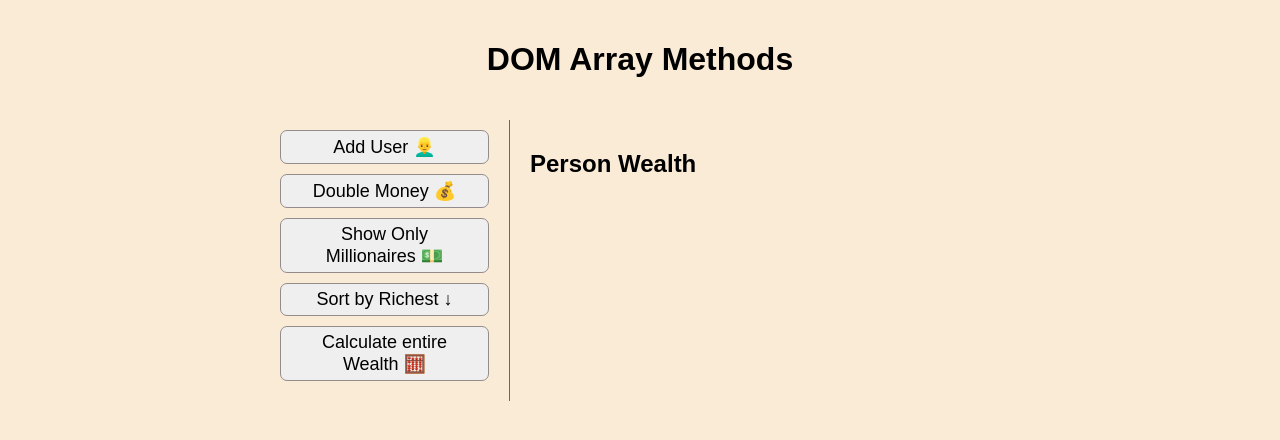
Repository: AbrorjonKuchkarov/DOM-Array-Methods
Page: index.html
These files come from the project's save history. The page is drawn as it stood at one moment and after the next save; the edit follows.
The browser window is 1280 px wide. The pictures show the whole page.

Above is the page before, as saved 2022-02-24 15:44:56.

### index.html
<!DOCTYPE html>
<html lang="en">
<head>
   <meta charset="UTF-8">
   <meta http-equiv="X-UA-Compatible" content="IE=edge">
   <meta name="viewport" content="width=device-width, initial-scale=1.0">
   <link rel="stylesheet" href="style.css">
   <title>DOM Array Methods</title>
</head>
<body>
   <h1>DOM Array Methods</h1>
      <div class="container">
         <aside class="btns">
            <button id="add-user">Add User 👱‍♂️</button>
            <button id="double">Double Money 💰</button>
            <button id="show-millionaires">Show Only Millionaires 💵</button>
            <button id="sort">Sort by Richest ↓</button>
            <button id="calculate-wealth">Calculate entire Wealth 🧮</button>
         </aside>

         <main id="main">
            <h2><strong>Person</strong> Wealth</h2>
         </main>


      </div>



   <script src="app.js"></script>
</body>
</html>

### style.css
*{
   box-sizing: border-box;
}

body{
   margin: 0;
   padding: 20px;
   display: flex;
   flex-direction: column;
   align-items: center;
   height: 100vh;
   font-family: Arial, Helvetica, sans-serif;
   background-color: antiquewhite;
}

.container{
   display: flex;
   max-width: 100%;
   width: 800px;
   padding: 20px;
   margin: 0 auto;
}

aside {
   padding: 10px 20px;
   border-right: 1px solid #6d6565;
   width: 250px;
}

button {
   display: block;
   width: 100%;
   font-size: 18px;
   margin-bottom: 10px;
   border-radius: 7px;
   outline: none;
   padding: 5px 15px;
   border: 1px solid rgb(148, 140, 140);
}

main{
   flex: 1;
   padding: 10px 20px;
}

Loaded but not shown: app.js (no copy from this time; the picture is the same without it)

After the next save:
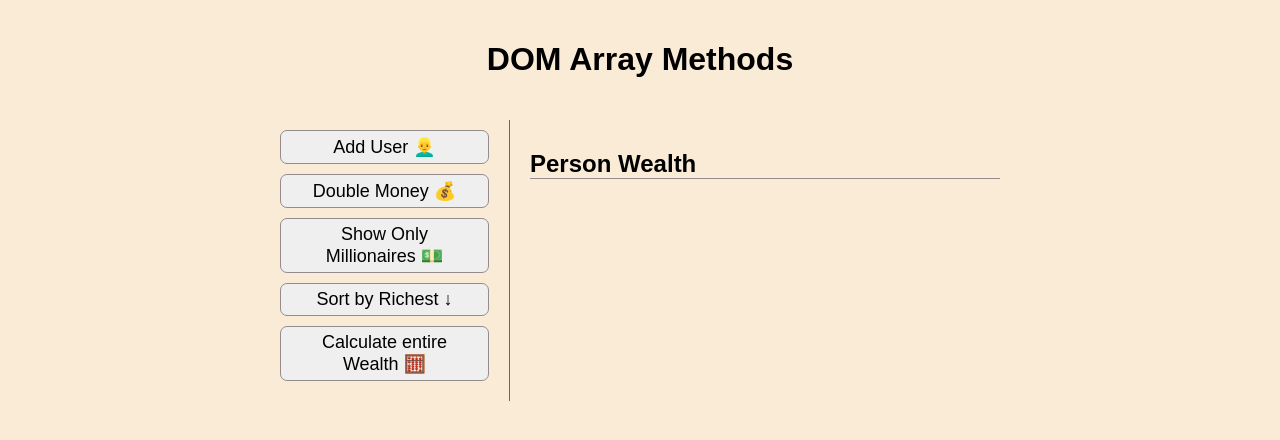
Saved 33 s later.
--- a/style.css
+++ b/style.css
@@ -42,3 +42,7 @@ main{
    flex: 1;
    padding: 10px 20px;
 }
+
+h2{
+   border-bottom: 1px solid rgb(148, 140, 140);
+}
